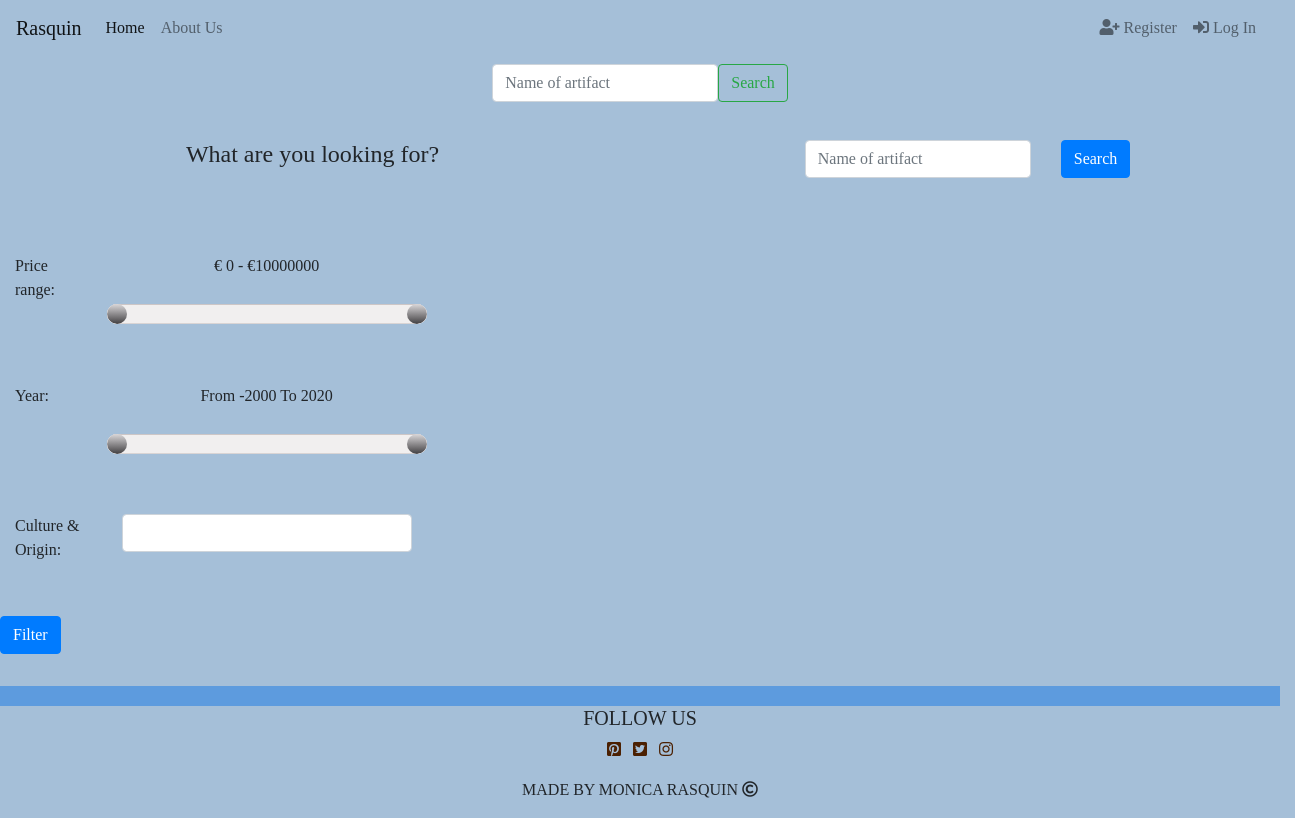
Repository: Rasquin/auction
Page: templates/base.html
The author's editor kept a record of every edit. The page is drawn from the files as they stood at one moment, then again after the next edit.
The browser window is 1280 px wide. The page is 1295 px wide, so the pictures cover 1295 px, including what lies to the right of the window. The pictures show the whole page.
The template is drawn by Django 2.2. The application's start-up code is not run. The template is opened directly, without the code that normally fills it, so the values that code supplies are empty.

Above is the page before.

After the next edit:
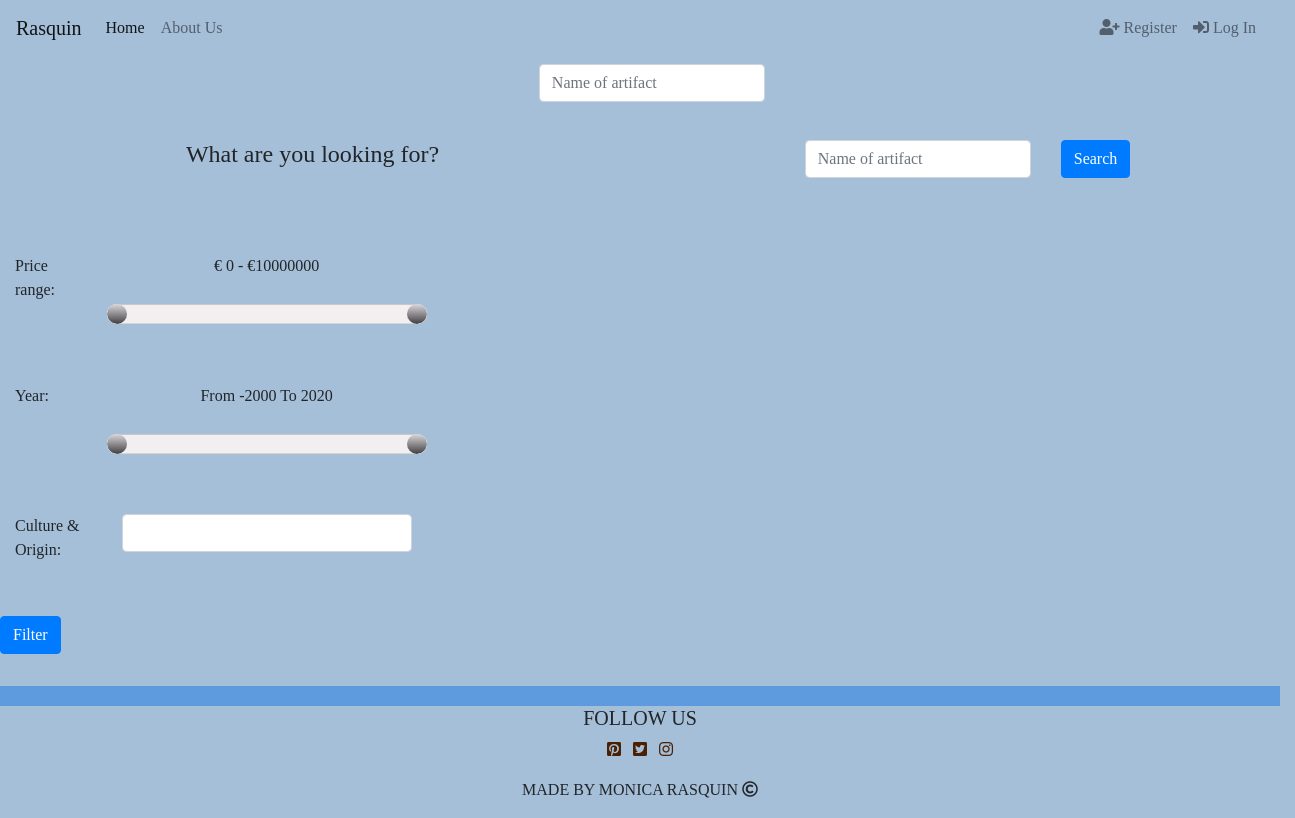
The edit:
--- a/templates/base.html
+++ b/templates/base.html
@@ -81,7 +81,7 @@
             {% csrf_token %}
             <div class="form-group">
                 <div class="row justify-content-center">
-                    <div class="">
+                    <div class="col-12 col-md-6">
                         <input type="text" class="form-control" id="artifact_name" name="artifact_name" required placeholder="Name of artifact">
                     </div>
                     <div class="">
